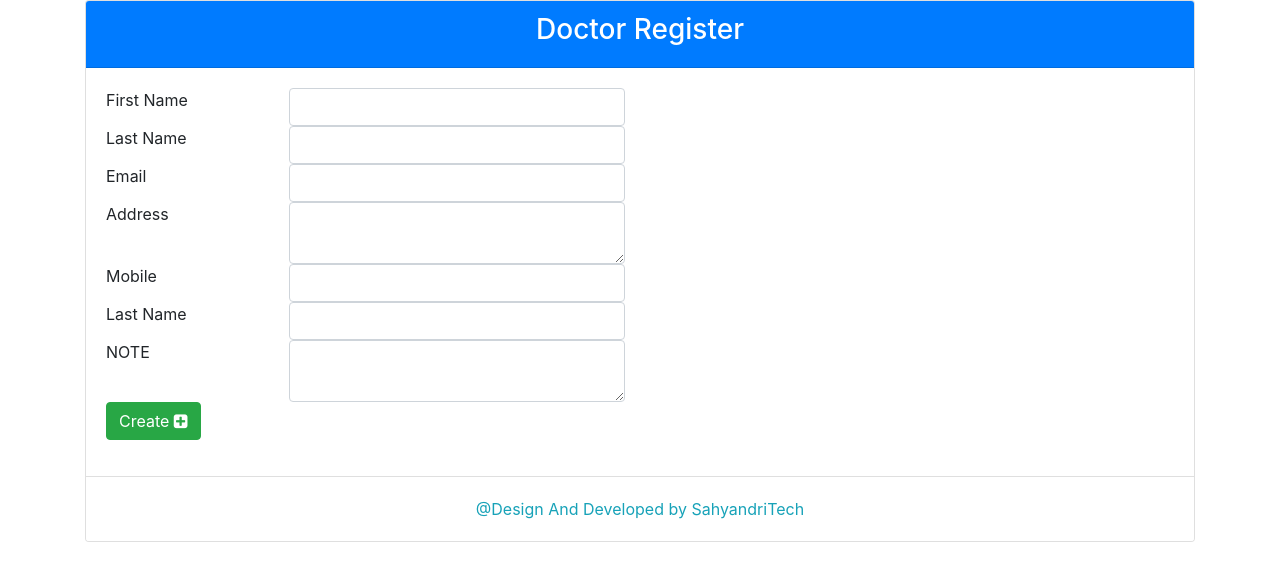
Repository: AmolRajuru11/HealthCareEx
Page: http://localhost/DoctorRegister
The author's editor kept a copy of each file at every save. The page is drawn from the files as they stood at one save, then again after the next save.
The browser window is 1280 px wide. The pictures show the whole page.
The page is this project's Thymeleaf template; nobody is signed in. The template is opened directly, without the code that normally fills it, so the values that code supplies are empty.

Above is the page before, as saved 2021-10-15 10:27:46.

After the next save:
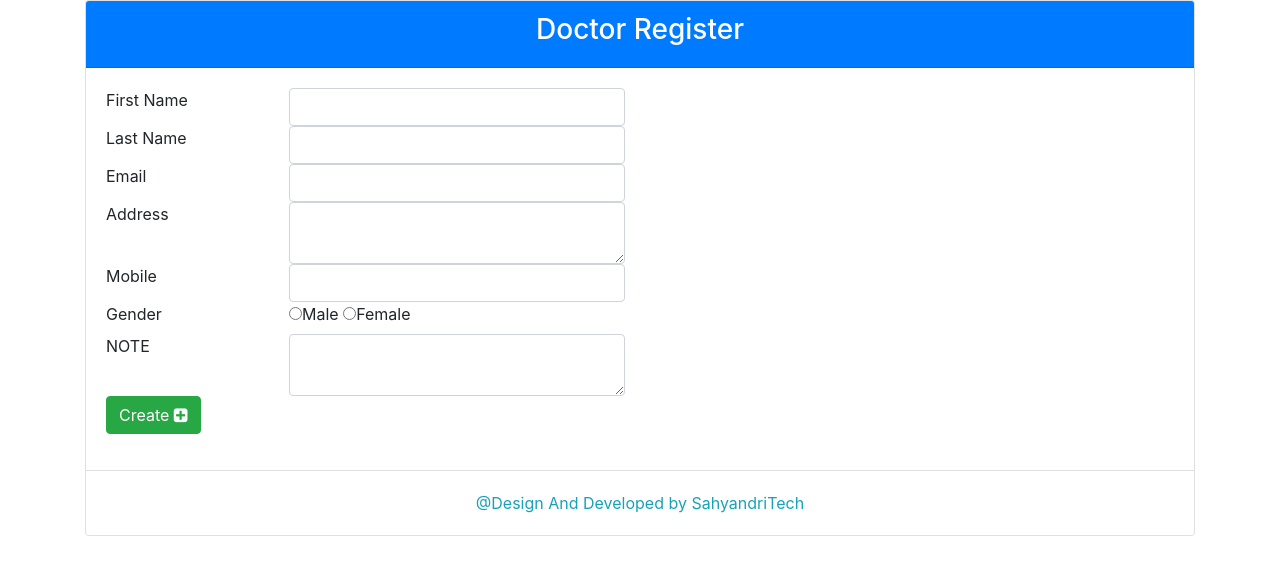
Saved 2 min 19 s later.
--- a/HeathCare/src/main/resources/templates/DoctorRegister.html
+++ b/HeathCare/src/main/resources/templates/DoctorRegister.html
@@ -88,11 +88,11 @@
 					<!-- row #6 -->
 					<div class="row">
 						<div class="col-2">
-							<label for="lastName">Last Name</label>
+							<label for="gender">Gender</label>
 						</div>
 						<div class="col-4">
-							<input type="text" name="lastName" id="lastName"
-								class="form-control" />
+							<input type="radio" name="gender" id="gender1" value="Male" />Male
+							<input type="radio" name="gender" id="gender1" value="Female" />Female
 						</div>
 						<div class="col-6">
 							<span id="lastNameError"></span>
